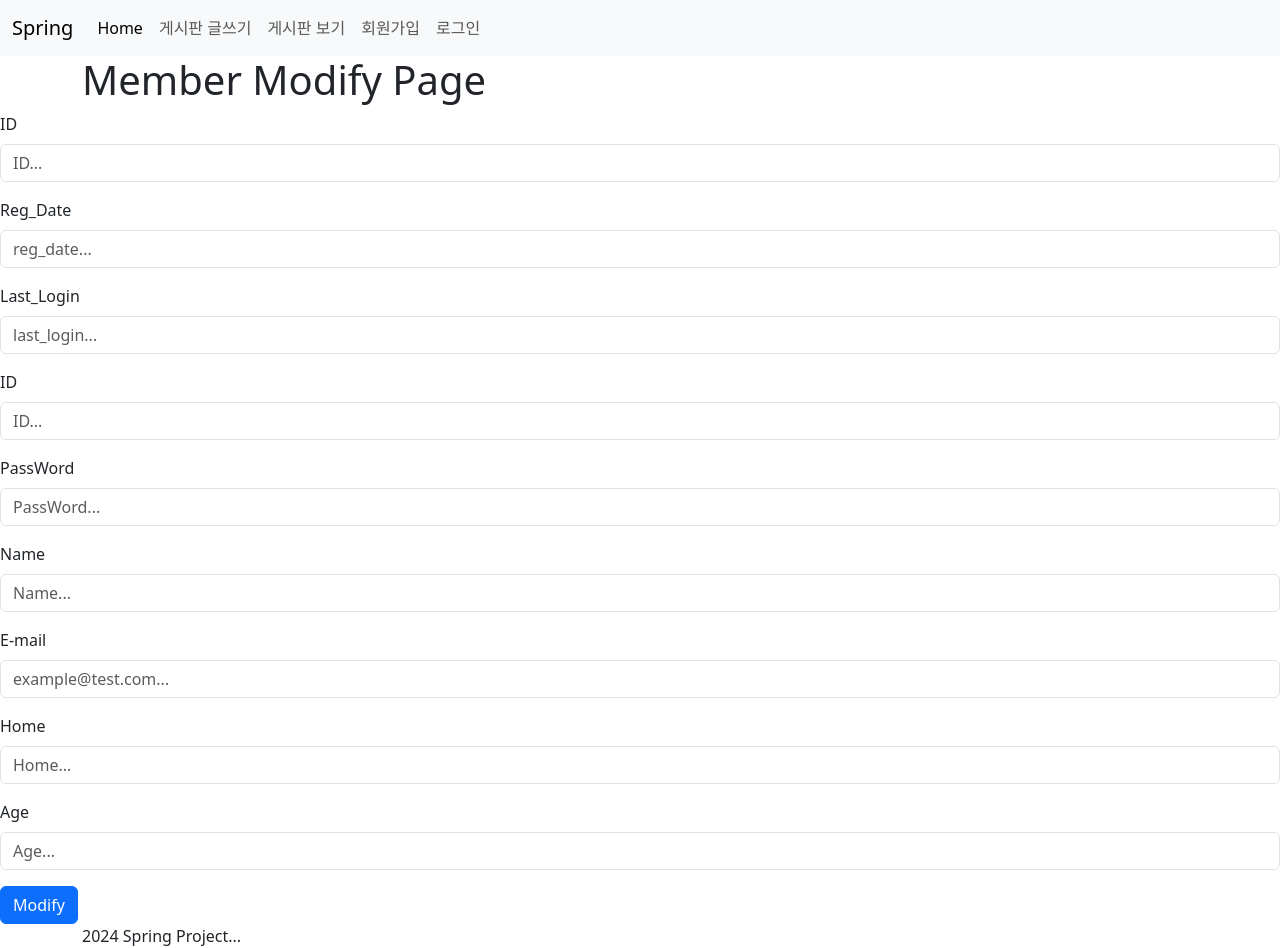
Repository: lhj6399/springTest240430
Page: http://localhost/spring_study/WEB-INF/views/member/modify.jsp
These files come from the project's save history. The page is drawn as it stood at one moment and after the next save; the edit follows.
The browser window is 1280 px wide. The pictures show the whole page.
The page is served by Tomcat 9. Nobody is signed in. The template is opened directly, without the code that normally fills it, so the values that code supplies are empty.

Above is the page before, as saved 2024-04-25 09:10:05.

After the next save:
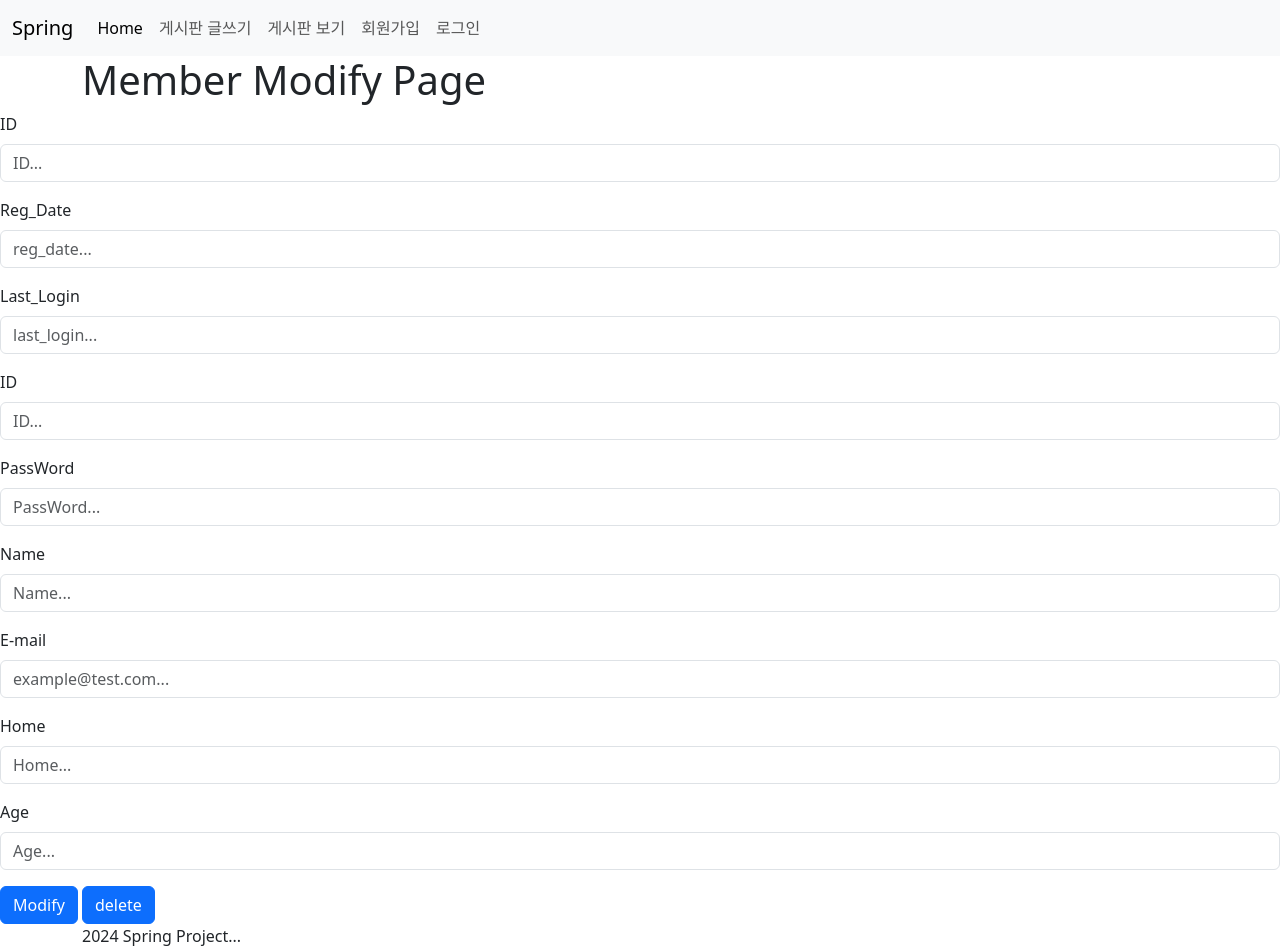
Saved 37 s later.
--- a/spring_study/src/main/webapp/WEB-INF/views/member/modify.jsp
+++ b/spring_study/src/main/webapp/WEB-INF/views/member/modify.jsp
@@ -44,5 +44,6 @@
 		</div>
 
 		<button type="submit" class="btn btn-primary">Modify</button>
+		<a href="/member/remove"><button type="button" class="btn btn-primary">delete</button></a>
 	</form>
 <jsp:include page="../layout/footer.jsp" />
